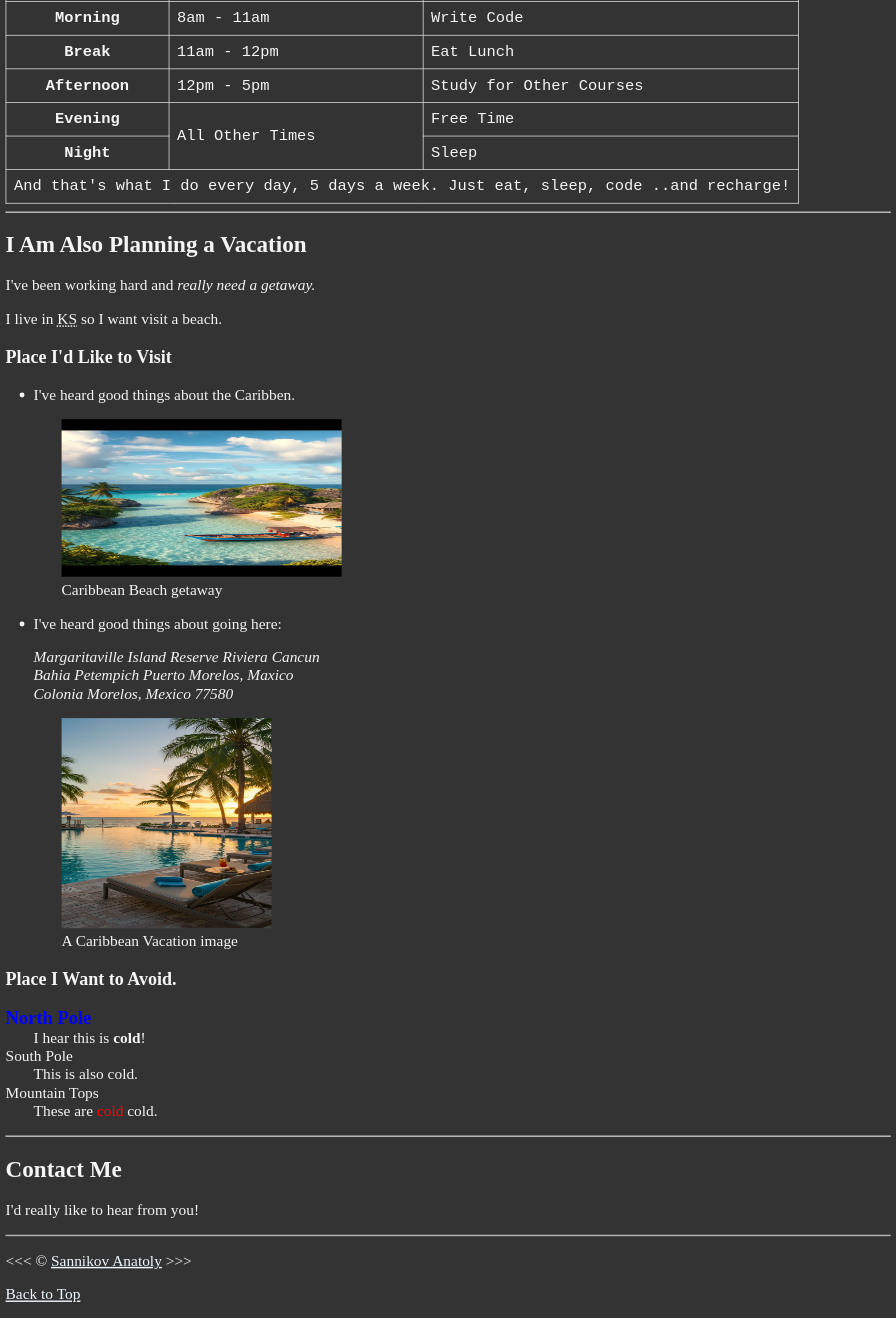
Repository: sannikovcode/exercises-a1
Page: JS/test1/task3/index.html
These files come from the project's save history. The page is drawn as it stood at one moment and after the next save; the edit follows.
The browser window is 1280 px wide. The pictures show the part of the page from y = 1217 to 3137 px (the page is 3100 px tall before and 3137 px after), at 70% of full size.

Above is the page before, as saved 2025-10-15 09:20:46.

After the next save:
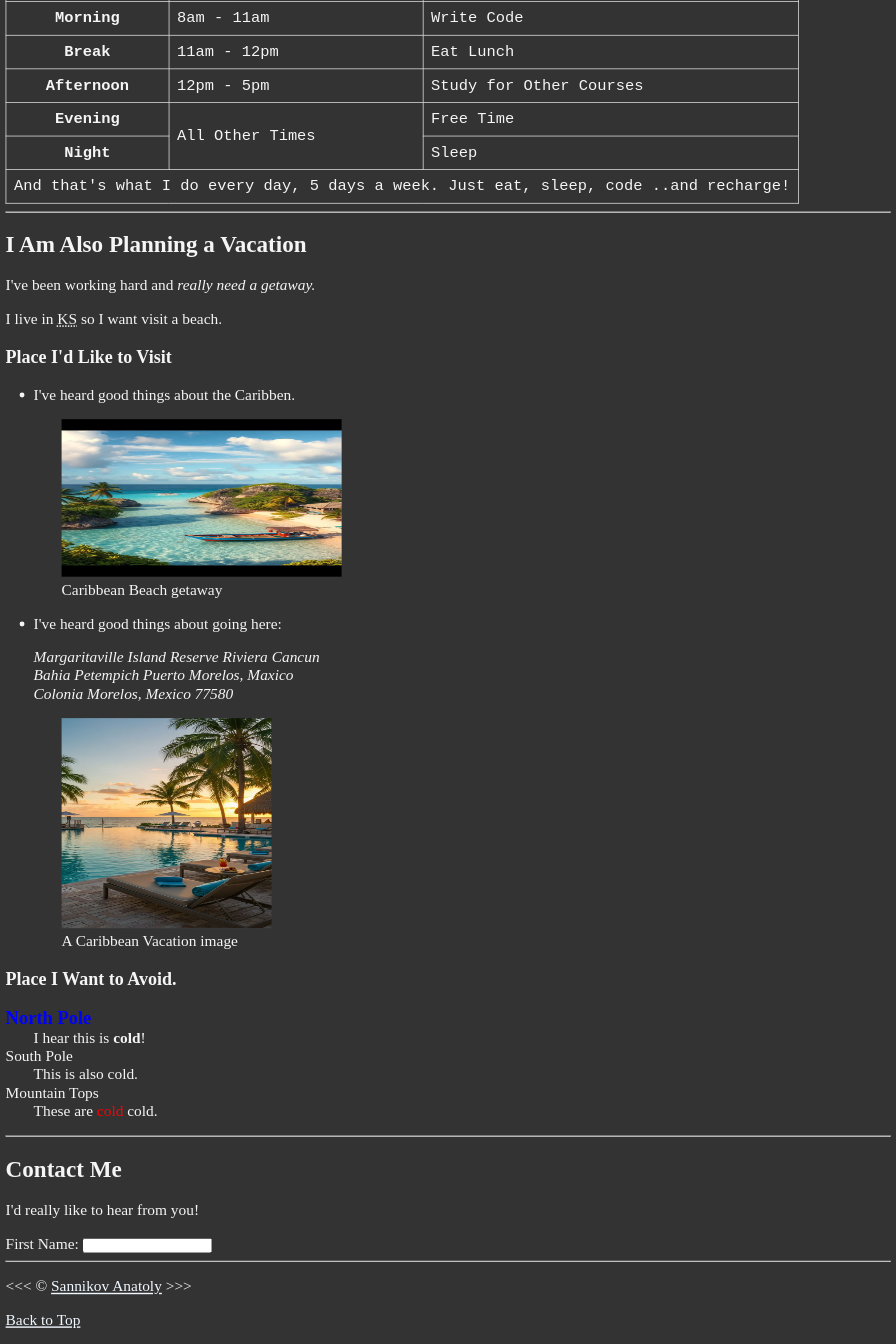
Saved 3 min 17 s later.
--- a/JS/test1/task3/index.html
+++ b/JS/test1/task3/index.html
@@ -179,6 +179,10 @@
       <h2>Contact Me</h2>
       <p>I'd really like to hear from you!</p>
 
+      <form action="https://httpbin.org/get" method="get">
+        <label for="firstname">First Name:</label>
+        <input type="text" name="first" id="" </form>
+
     </article>
   </main>
 
